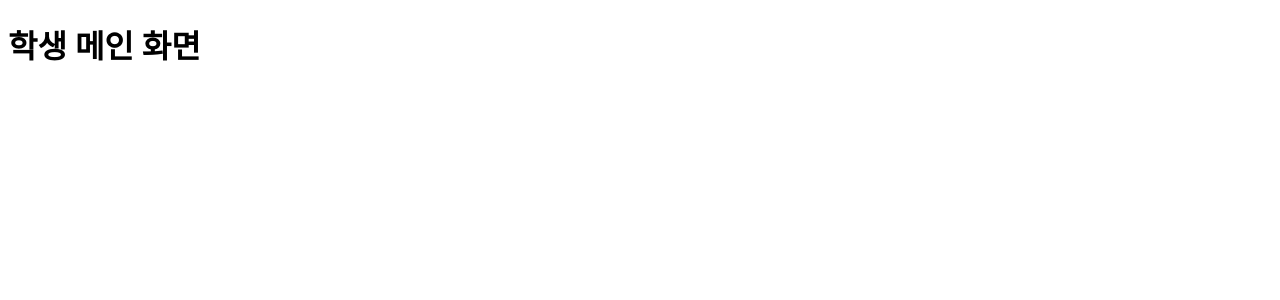
Repository: junesse-afk/ITJSP
Page: http://localhost/StudyJSP/jsp09_servlet/test6_student_main.jsp
These files come from the project's save history. The page is drawn as it stood at one moment and after the next save; the edit follows.
The browser window is 1280 px wide. The pictures show the whole page.
The page is served by Tomcat 10.

Above is the page before, as saved 2024-11-27 00:17:18.

After the next save:
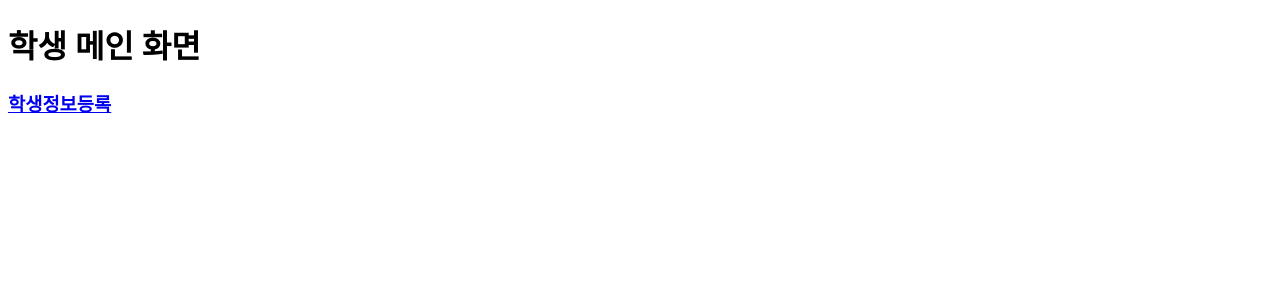
Saved 23 s later.
--- a/workspace_jsp/StudyJSP/src/main/webapp/jsp09_servlet/test6_student_main.jsp
+++ b/workspace_jsp/StudyJSP/src/main/webapp/jsp09_servlet/test6_student_main.jsp
@@ -8,5 +8,8 @@
 </head>
 <body>
 	<h1>학생 메인 화면</h1>
+
+	<h3><a href="StudentRegistForm.st">학생정보등록</a></h3>
+
 </body>
 </html>
